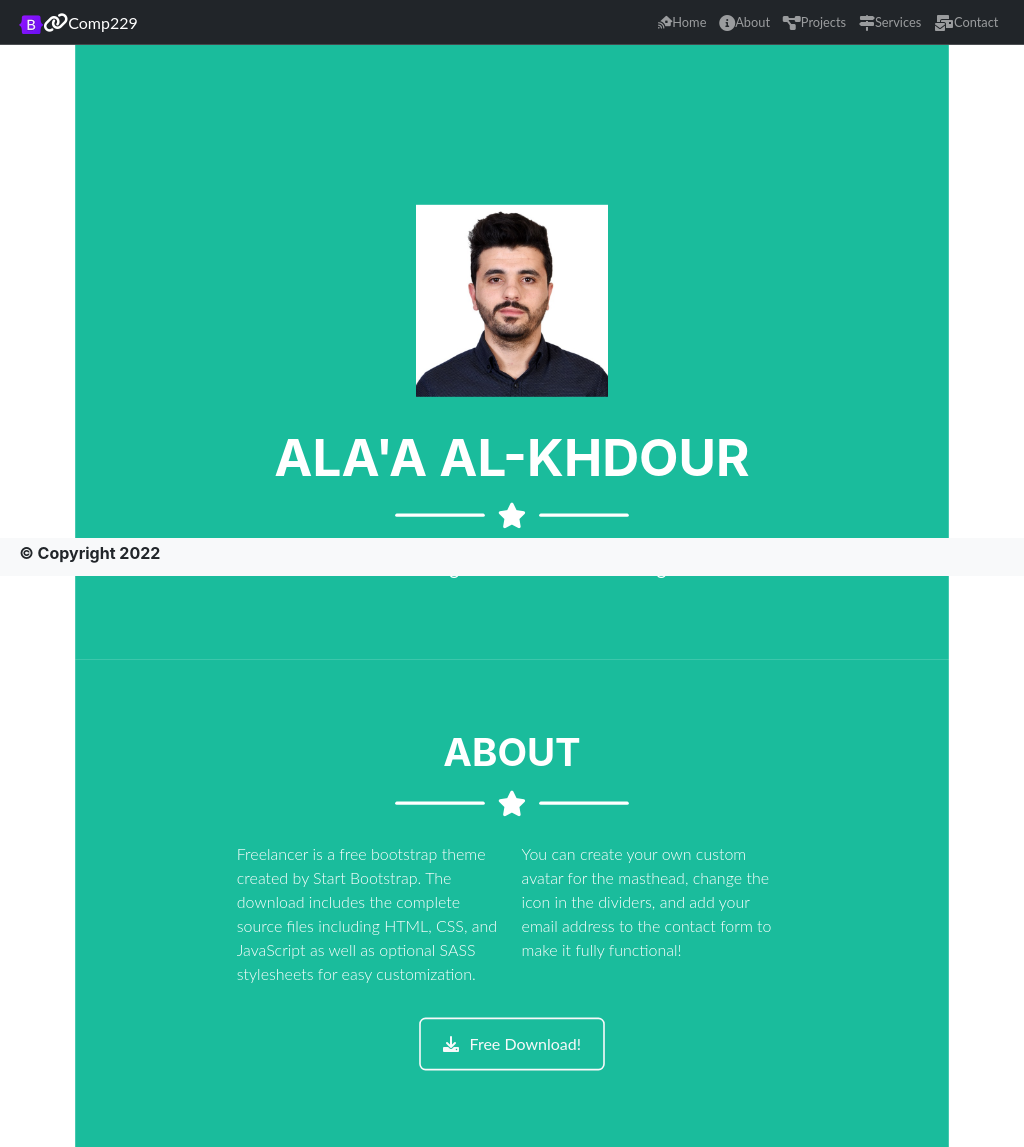
Repository: alaakhdour/heroukulivesite-section1
Page: http://localhost/
The author's editor kept a copy of each file at every save. The page is drawn from the files as they stood at one save, then again after the next save.
The browser window is 1280 px wide. The pictures show the whole page, at 80% of full size.
The page is served by the project's Node server (server.js). Other server files are loaded and not shown.

Above is the page before, as saved 2022-06-17 08:09:55.

### Server/Views/index.ejs

<!DOCTYPE html>
<html lang="en">
<head>
    <meta charset="UTF-8">
    <meta http-equiv="X-UA-Compatible" content="IE=edge">
    <meta name="viewport" content="width=device-width, initial-scale=1.0">
    <title><%= title %></title>
    <!-- CSS Section -->
    <link rel="stylesheet" href="./bootstrap/dist/css/bootstrap.min.css">
    <link rel="stylesheet" href="./@fortawsome/fontawesome-free/css/all.min.css">
    <link rel="stylesheet" href="./Content/app.css">
    <link rel="stylesheet" href="./Content/styles.css">
</head>
<body>
    <!-- Main Navigation Section -->
    <header>
        <%- include('./components/header.ejs'); %>
    </header>

    <!-- Content Section-->
    <main>
        <%- include('content/' + page + '.ejs'); %>

    </main>

    <!-- Site-wide footer-->
    <footer>
        <%- include('components/footer.ejs'); %>
    </footer>

    <!-- JavaScript Section -->
    <script src="./jquery/dist/jquery.min.js"></script>
    <script src="./bootstrap/dist/js/bootstrap.min.js"></script>
    <script src="./@fortawesome/fontawesome-free/js/all.min.js"></script>
    <script src="./Scripts/app.js"></script>
</body>
</html>

### Server/Views/components/header.ejs
<nav class="navbar navbar-expand-lg navbar-dark bg-dark">
    <div class="container-fluid">
      <a class="navbar-brand" href="/"> <img src="./Assets/images/bootstrap-logo.svg" alt="" width="30" height="24"><i class="fa-solid fa-link fa-lg"></i>Comp229</a>
      <button class="navbar-toggler" type="button" data-bs-toggle="collapse" data-bs-target="#navbarSupportedContent" aria-controls="navbarSupportedContent" aria-expanded="false" aria-label="Toggle navigation">
        <span class="navbar-toggler-icon"></span>
      </button>
      <div class="collapse navbar-collapse" id="navbarSupportedContent">
        <ul class="navbar-nav ms-auto mb-2 mb-lg-0">
          <li class="nav-item">
            <a class="nav-link" aria-current="page" href="/home"><i class="fa-solid fa-house-signal"></i>Home</a>
          </li>

          <li class="nav-item">
            <a class="nav-link" aria-current="page" href="/about"><i class="fa-solid fa-circle-info fa-lg"></i>About</a>
          </li>

          <li class="nav-item">
            <a class="nav-link" aria-current="page" href="/projects"><i class="fa-solid fa-diagram-project fa-lg"></i>Projects</a>
          </li>

          <li class="nav-item">
            <a class="nav-link" aria-current="page" href="/services"><i class="fa-solid fa-signs-post fa-lg"></i>Services</a>
          </li>

          <li class="nav-item">
            <a class="nav-link" aria-current="page" href="/contact"><i class="fa-solid fa-envelopes-bulk fa-lg"></i>Contact </a>
          </li>


        </ul>
      </div>
    </div>
  </nav>

### Server/Views/content/home.ejs
<div class="container">
    <header class="masthead bg-primary text-white text-center">
        <div class="container d-flex align-items-center flex-column">
            <!-- Masthead Avatar Image-->
            <img class="masthead-avatar mb-5" src="./Assets/images/Alaa.jpg" alt="..." />
            <!-- Masthead Heading-->
            <h1 class="masthead-heading text-uppercase mb-0">Ala'a Al-khdour</h1>
            <!-- Icon Divider-->
            <div class="divider-custom divider-light">
                <div class="divider-custom-line"></div>
                <div class="divider-custom-icon"><i class="fas fa-star"></i></div>
                <div class="divider-custom-line"></div>
            </div>
            <!-- Masthead Subheading-->
            <p class="masthead-subheading font-weight-light mb-0">Software Engineer - Centennial  College</p>
        </div>
    </header>



    <section class="page-section bg-primary text-white mb-0" id="about">
        <div class="container">
            <!-- About Section Heading-->
            <h2 class="page-section-heading text-center text-uppercase text-white">About</h2>
            <!-- Icon Divider-->
            <div class="divider-custom divider-light">
                <div class="divider-custom-line"></div>
                <div class="divider-custom-icon"><i class="fas fa-star"></i></div>
                <div class="divider-custom-line"></div>
            </div>
            <!-- About Section Content-->
            <div class="row">
                <div class="col-lg-4 ms-auto"><p class="lead">Freelancer is a free bootstrap theme created by Start Bootstrap. The download includes the complete source files including HTML, CSS, and JavaScript as well as optional SASS stylesheets for easy customization.</p></div>
                <div class="col-lg-4 me-auto"><p class="lead">You can create your own custom avatar for the masthead, change the icon in the dividers, and add your email address to the contact form to make it fully functional!</p></div>
            </div>
            <!-- About Section Button-->
            <div class="text-center mt-4">
                <a class="btn btn-xl btn-outline-light" href="https://startbootstrap.com/theme/freelancer/">
                    <i class="fas fa-download me-2"></i>
                    Free Download!
                </a>
            </div>
        </div>
    </section>
</div>

### Server/Views/components/footer.ejs
<nav class="navbar fixed-bottom bg-light">
    <div class="container-fluid">
      <h5 id="copyright">&copy; Copyright 2022</h5>
    </div>
  </nav>

### server.js
"use strict";
var __importDefault = (this && this.__importDefault) || function (mod) {
    return (mod && mod.__esModule) ? mod : { "default": mod };
};
Object.defineProperty(exports, "__esModule", { value: true });
const app_1 = __importDefault(require("./Server/Config/app"));
const debug_1 = __importDefault(require("debug"));
(0, debug_1.default)('week4:server');
const http_1 = __importDefault(require("http"));
const port = normalizePort(process.env.PORT || '3000');
app_1.default.set('port', port);
const server = http_1.default.createServer(app_1.default);
server.listen(port);
server.on('error', onError);
server.on('listening', onListening);
function normalizePort(val) {
    let port = parseInt(val, 10);
    if (isNaN(port)) {
        return val;
    }
    if (port >= 0) {
        return port;
    }
    return false;
}
function onError(error) {
    if (error.syscall !== 'listen') {
        throw error;
    }
    let bind = typeof port === 'string'
        ? 'Pipe ' + port
        : 'Port ' + port;
    switch (error.code) {
        case 'EACCES':
            console.error(bind + ' requires elevated privileges');
            process.exit(1);
            break;
        case 'EADDRINUSE':
            console.error(bind + ' is already in use');
            process.exit(1);
            break;
        default:
            throw error;
    }
}
function onListening() {
    let addr = server.address();
    let bind = 'pipe ' + addr;
    (0, debug_1.default)('Listening on ' + bind);
}
//# sourceMappingURL=server.js.map

### Server/Routes/index.js
"use strict";
var __importDefault = (this && this.__importDefault) || function (mod) {
    return (mod && mod.__esModule) ? mod : { "default": mod };
};
Object.defineProperty(exports, "__esModule", { value: true });
const express_1 = __importDefault(require("express"));
const router = express_1.default.Router();
router.get('/', function (req, res, next) {
    res.render('index', { title: 'Home', page: 'home' });
});
router.get('/home', function (req, res, next) {
    res.render('index', { title: 'Home', page: 'home' });
});
router.get('/about', function (req, res, next) {
    res.render('index', { title: 'About Us', page: 'about' });
});
router.get('/projects', function (req, res, next) {
    res.render('index', { title: 'My Projects', page: 'projects' });
});
router.get('/services', function (req, res, next) {
    res.render('index', { title: 'My services', page: 'services' });
});
router.get('/contact', function (req, res, next) {
    res.render('index', { title: 'contact us', page: 'contact' });
});
exports.default = router;
//# sourceMappingURL=index.js.map

### Client/Assets/images/bootstrap-logo.svg
<svg xmlns="http://www.w3.org/2000/svg" width="512" height="408"><defs><linearGradient id="bs-logo-a" x1="76.079" x2="523.48" y1="10.798" y2="365.945" gradientUnits="userSpaceOnUse"><stop stop-color="#9013fe"/><stop offset="1" stop-color="#6610f2"/></linearGradient><linearGradient id="bs-logo-b" x1="193.508" x2="293.514" y1="109.74" y2="278.872" gradientUnits="userSpaceOnUse"><stop stop-color="#fff"/><stop offset="1" stop-color="#f1e5fc"/></linearGradient><filter xmlns="http://www.w3.org/2000/svg" id="bs-logo-c" width="197" height="249" x="161.901" y="83.457" color-interpolation-filters="sRGB" filterUnits="userSpaceOnUse"><feFlood flood-opacity="0" result="BackgroundImageFix"/><feColorMatrix in="SourceAlpha" values="0 0 0 0 0 0 0 0 0 0 0 0 0 0 0 0 0 0 127 0"/><feOffset dy="4"/><feGaussianBlur stdDeviation="8"/><feColorMatrix values="0 0 0 0 0 0 0 0 0 0 0 0 0 0 0 0 0 0 0.15 0"/><feBlend in2="BackgroundImageFix" result="effect1_dropShadow"/><feBlend in="SourceGraphic" in2="effect1_dropShadow" result="shape"/></filter></defs><path fill="url(#bs-logo-a)" d="M56.481 53.32C55.515 25.58 77.128 0 106.342 0h299.353c29.214 0 50.827 25.58 49.861 53.32-.928 26.647.277 61.165 8.964 89.31 8.715 28.232 23.411 46.077 47.48 48.37v26c-24.069 2.293-38.765 20.138-47.48 48.37-8.687 28.145-9.892 62.663-8.964 89.311.966 27.739-20.647 53.319-49.861 53.319H106.342c-29.214 0-50.827-25.58-49.86-53.319.927-26.648-.278-61.166-8.966-89.311C38.802 237.138 24.07 219.293 0 217v-26c24.069-2.293 38.802-20.138 47.516-48.37 8.688-28.145 9.893-62.663 8.965-89.31z"/><path fill="url(#bs-logo-b)" filter="url(#bs-logo-c)" stroke="#fff" d="M267.103 312.457c47.297 0 75.798-23.158 75.798-61.355 0-28.873-20.336-49.776-50.532-53.085v-1.203c22.185-3.609 39.594-24.211 39.594-47.219 0-32.783-25.882-54.138-65.322-54.138h-88.74v217h89.202zm-54.692-189.48h45.911c24.958 0 39.131 11.128 39.131 31.279 0 21.505-16.484 33.535-46.372 33.535h-38.67v-64.814zm0 161.961v-71.431h45.602c32.661 0 49.608 12.03 49.608 35.49 0 23.459-16.484 35.941-47.605 35.941h-47.605z"/></svg>

### Client/data/data.json
{
    "FullName": "AlaaAlkhdour",
    "ContactNumber": "999999999999",
    "EmailAddress": "ala@example.com"
}

### content/app.css
h1
{
    font-size: 70px;
    font-family: Verdana, Geneva, Tahoma, sans-serif;
}

### scripts/app.js
//IIFE
(function()
{

    function Start()
    {
        console.log("App Started!");

        // use AJAX to read JSON file

        // Step 1: Create a new XHR object
        let XHR = new XMLHttpRequest();

        // Step 2: Create the request
        XHR.open("GET", "../data/data.json");

        // Step 3: Send the request
        XHR.send();

        // Step 4: create an event listener/handler
        XHR.addEventListener("readystatechange", function()
        {
            if(XHR.readyState == 4 && XHR.status == 200)
            {
                console.log("JSON Data:");
                console.log("===========");
                console.log(XHR.responseText);
            }
        });
    }

    window.addEventListener("load", Start);

})();

Loaded but not shown: Client/content/styles.css (library)

After the next save:
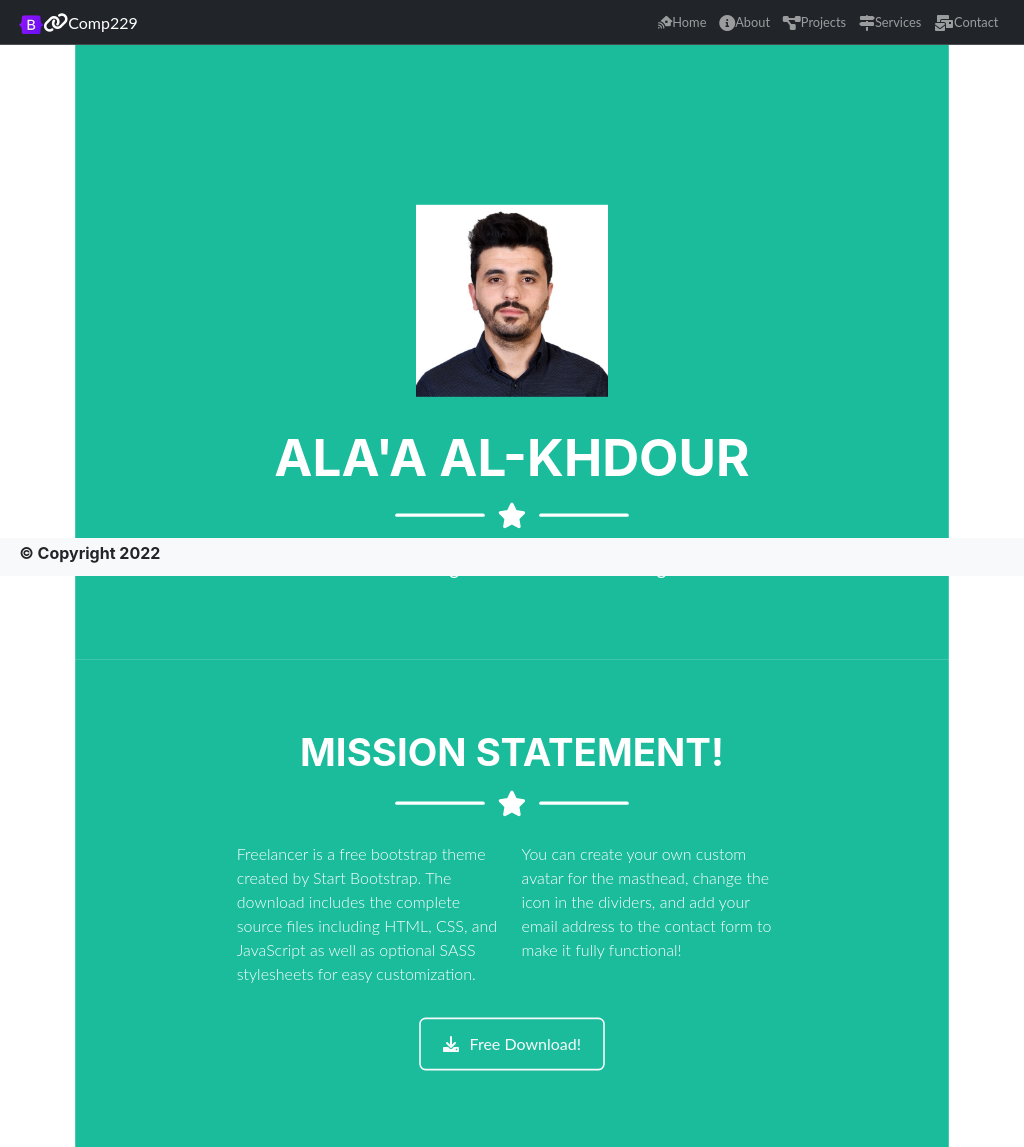
Saved 23 s later.
--- a/Server/Views/content/home.ejs
+++ b/Server/Views/content/home.ejs
@@ -21,7 +21,7 @@
     <section class="page-section bg-primary text-white mb-0" id="about">
         <div class="container">
             <!-- About Section Heading-->
-            <h2 class="page-section-heading text-center text-uppercase text-white">About</h2>
+            <h2 class="page-section-heading text-center text-uppercase text-white">Mission Statement!</h2>
             <!-- Icon Divider-->
             <div class="divider-custom divider-light">
                 <div class="divider-custom-line"></div>
